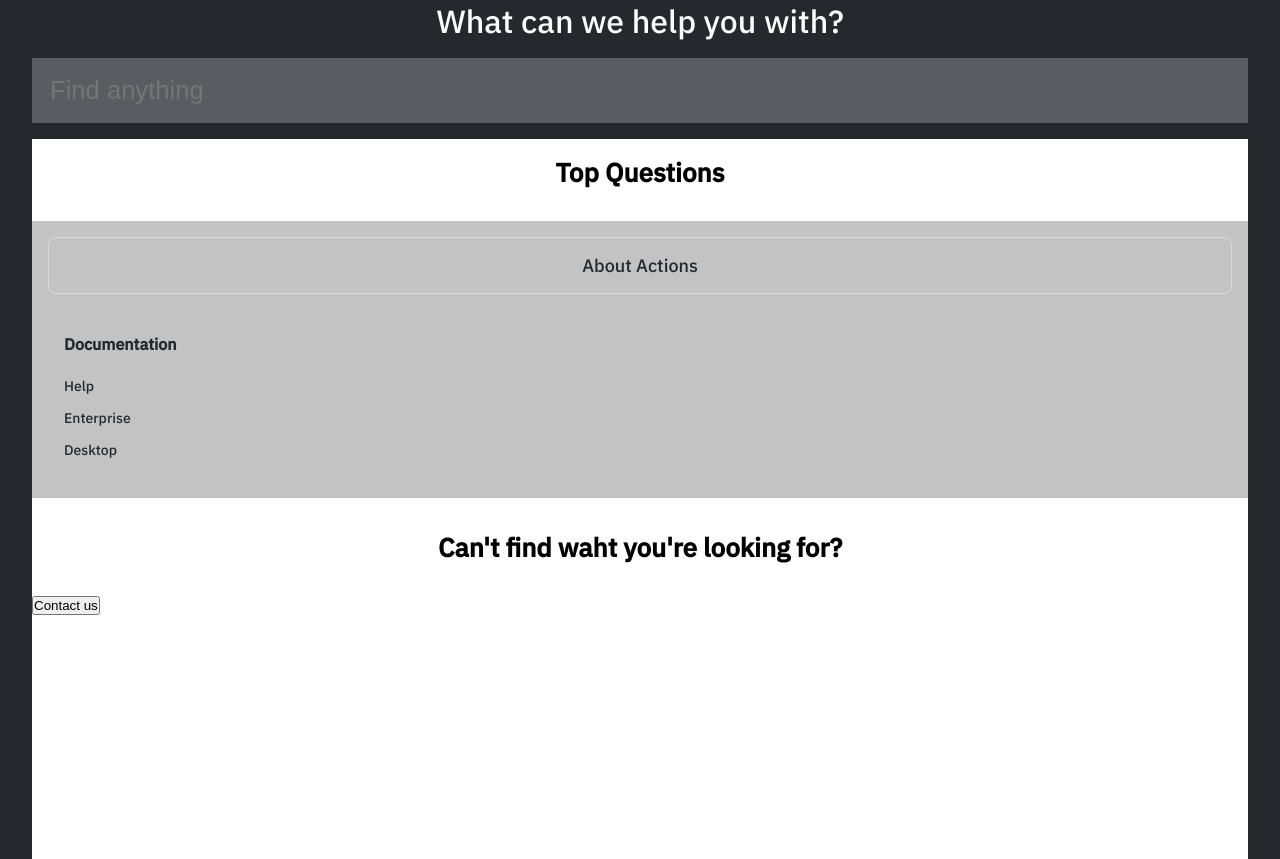
Repository: Hcmwebs/Help-Center-UI-
Page: index.html
The author's editor kept a copy of each file at every save. The page is drawn from the files as they stood at one save, then again after the next save.
The browser window is 1280 px wide. The pictures show the whole page.
The style sheet was rebuilt from its Sass, Less or Tailwind sources for each picture, by a compiler version that may differ from the author's.

Above is the page before, as saved 2020-08-25 23:47:35.

### index.html
<!DOCTYPE html>
<html lang="en">
<head>
    <meta charset="UTF-8">
    <meta name="viewport" content="width=device-width, initial-scale=1.0">
    <link rel="stylesheet" href="css/styles.min.css">
    <title>Help Center</title>
</head>
<body>
    <div class="container">
        <header>
            <h1>What can we help  you with?</h1>
            <input type="search"
            id="search"
            placeholder="Find anything">
        </header>


        <!-- *******card****** -->
        <div class="card">
            <!--****card-header**** -->
            <h2> Top Questions</h2>

            <!--****card-body**** -->

            <div class="card-item">
                <div class="card-item-head">
                    <h3>About Actions</h3>
                </div>
                <div class="card-item-body">
                    <h4>documentation</h4>
                    <ul>
                        <li>Help</li>
                        <li>Enterprise</li>
                        <li>Desktop</li>
                    </ul>
                </div>
            </div>


            <!--****card--footer**** -->
            <div class="card-footer">
                <h2>Can't find waht you're looking for? </h2>
                <button class="btn-primary">Contact us</button>
            </div>

        </div>
    </div>
</body>
</html>

### scss/styles.scss
@import url('https://fonts.googleapis.com/css2?family=IBM+Plex+Sans:wght@300;500&display=swap');
$font-stack:'IBM Plex Sans', sans-serif;
$bg-color:rgba(37,41,46,1.0);
$primary-color:rgba(255,255,255,0.99);
$border-color:rgba(218,218,218,1);

*{
    margin: 0;
    padding: 0;
    box-sizing: border-box;
}

body{
    font-family: $font-stack;
    font-size: 10px;
    background-color:$bg-color;
    display: grid;
    place-items: center;
    height: 100vh;
    width: 100%;
}

.container{
    width: 100%;
    padding: 0 2rem ;
    background-color:$bg-color;

}
header{
    text-align: center;
    margin-bottom: 1rem;


    h1{
        font-size: 32px;
        font-weight: 500;
        margin-bottom: 1rem;
        color: $primary-color;
    }
    input{
        font-size: 1.6rem;
        width: 100%;
        padding: 1rem;
        color:$primary-color;
        background-color:rgba(255,255,255,0.24);
        border: 2px solid transparent;
        transition: all 0.75s ease-in;
    }
    input:hover{
        border-color: $border-color;
    }

}
.card{
    width: 100%;
    height: 100vh;
    background-color: #fff;

    h2{
        text-align: center;
        font-size: 26px;
        margin: 1rem 0;
        padding: 1rem;
    }

    &-item{
        width: 100%;
        text-align: center;
        display: grid;
        grid-template-columns: 1fr;
        gap: 0.5rem;
        padding: 1rem;
        background-color:#c3c3c3;


        &-head{
            padding: 1rem;
            border: 1px solid $border-color;
            border-radius: 0.5rem;


            h3{
                font-size: 18px;
                font-weight: normal;
                text-align: center;
                color: $bg-color;
            }
        }

        &-body{
            text-align: justify;
            padding: 1rem;

            h4{
                font-size: 16px;
                font-weight: bold;
                text-transform: capitalize;
                color: $bg-color;
                padding: 1rem 0;
            }

            ul{
                list-style: none;
                margin: 0;
                padding: 0;


                li{
                    font-size: 14px;
                    font-weight: normal;
                    color: $bg-color;
                    line-height: 2rem;



                }
            }


        }
    }
}

After the next save:
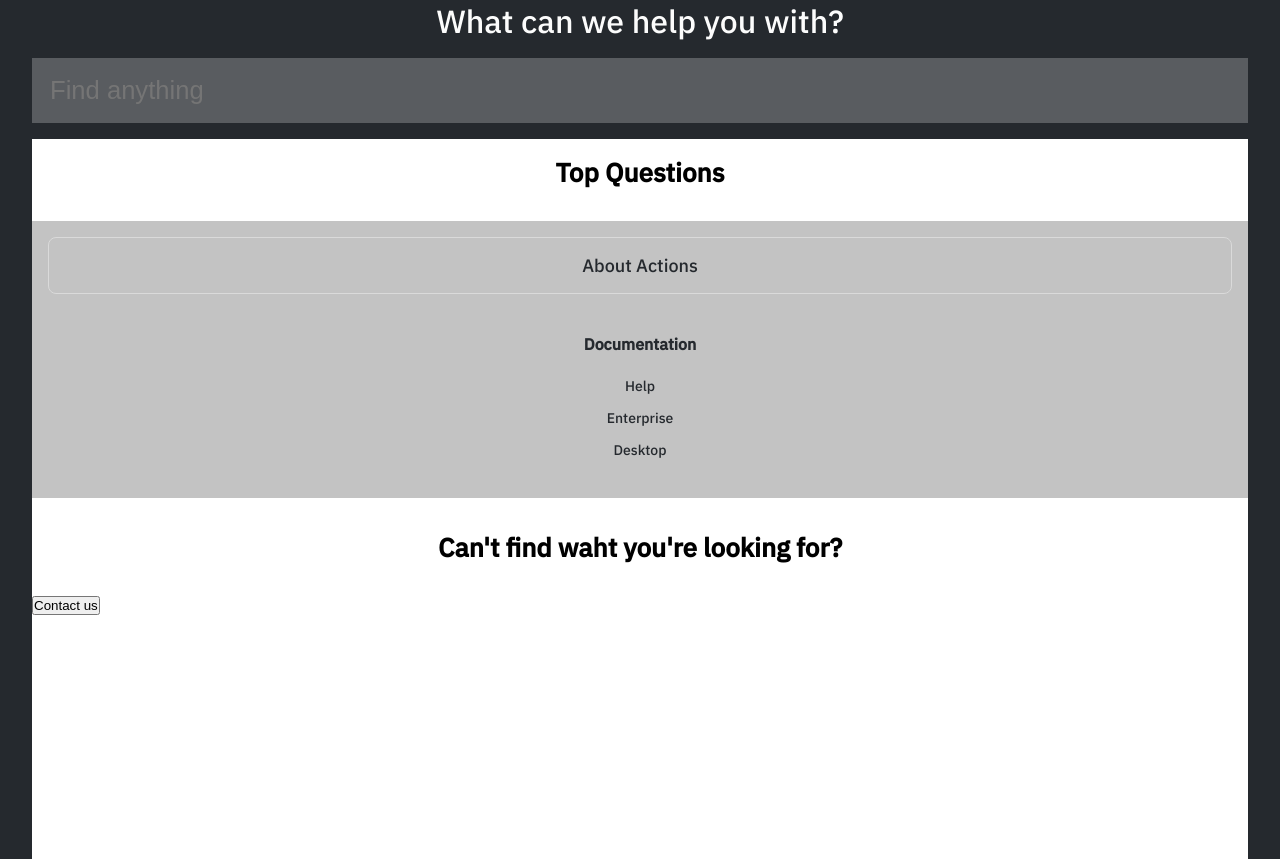
Saved 44 s later.
--- a/scss/styles.scss
+++ b/scss/styles.scss
@@ -88,7 +88,7 @@ header{
         }
 
         &-body{
-            text-align: justify;
+            text-align: center;
             padding: 1rem;
 
             h4{
